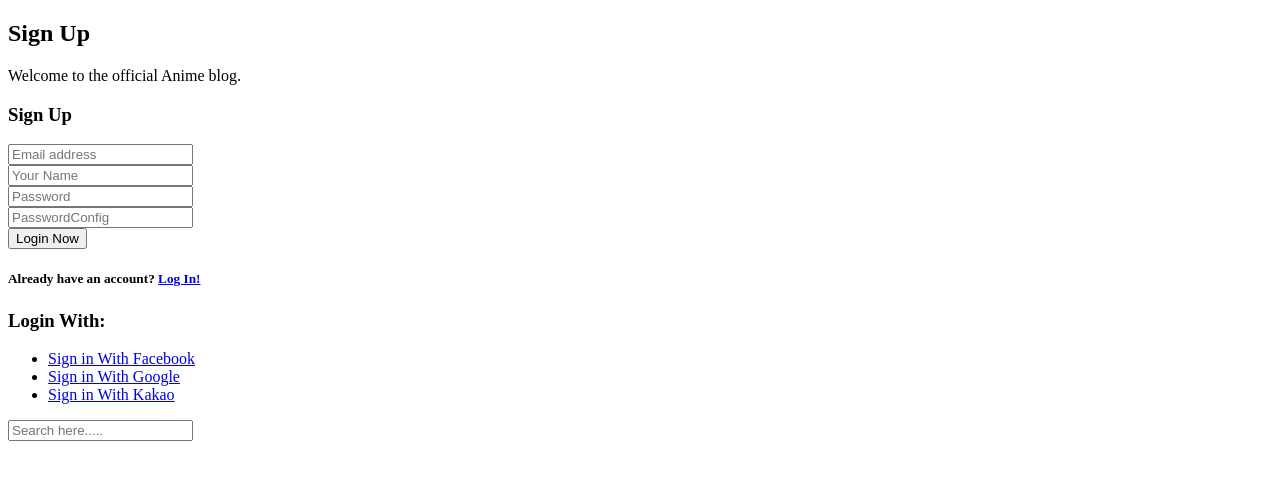
Repository: DavidJeonKr/Movidic
Page: http://localhost/Movidic/WEB-INF/views/user/signup.jsp
An editor plug-in stored every save of this project. The page is shown before and after the next save, followed by the edit.
The browser window is 1280 px wide. The pictures show the whole page.
The page is served by Tomcat 9. Nobody is signed in. Other server files are loaded and not shown. The template is opened directly, without the code that normally fills it, so the values that code supplies are empty.

Above is the page before, as saved 2022-05-11 06:44:20.

### Movidic/src/main/webapp/WEB-INF/views/user/signup.jsp
<%@ page language="java" contentType="text/html; charset=UTF-8"
	pageEncoding="UTF-8"%>
<!DOCTYPE html>
<html lang="zxx">

<head>
<meta charset="UTF-8">
<meta name="description" content="Anime Template">
<meta name="keywords" content="Anime, unica, creative, html">
<meta name="viewport" content="width=device-width, initial-scale=1.0">
<meta http-equiv="X-UA-Compatible" content="ie=edge">
<title>Anime | Template</title>

</head>

<body>
	<!-- Page Preloder -->
	<div id="preloder">
		<div class="loader"></div>
	</div>



	<!-- Normal Breadcrumb Begin -->
	<section class="normal-breadcrumb set-bg"
		data-setbg="img/normal-breadcrumb.jpg">
		<div class="container">
			<div class="row">
				<div class="col-lg-12 text-center">
					<div class="normal__breadcrumb__text">
						<h2>Sign Up</h2>
						<p>Welcome to the official Anime blog.</p>
					</div>
				</div>
			</div>
		</div>
	</section>
	<!-- Normal Breadcrumb End -->

	<!-- Signup Section Begin -->
	<section class="signup spad">
		<div class="container">
			<div class="row">
				<div class="col-lg-6">
					<div class="login__form">
						<h3>Sign Up</h3>
						<form action="register" method="POST">
							<div class="input__item">
								<input type="text" placeholder="Email address" name="email">
								<span class="icon_mail"></span>
							</div>
							<div class="input__item">
								<input type="text" placeholder="Your Name" name="name">
								<span class="icon_profile"></span>
							</div>
							<div class="input__item">
								<input type="password" placeholder="Password" name="pw"> <span
									class="icon_lock"></span>
							</div>
							<div class="input__item">
								<input type="password" placeholder="PasswordConfig" name="pwCofing"> <span
									class="icon_lock"></span>
							</div>
							<button type="submit" class="site-btn">Login Now</button>
						</form>
						<h5>
							Already have an account? <a href="../user/login">Log In!</a>
						</h5>
					</div>
				</div>
				<div class="col-lg-6">
					<div class="login__social__links">
						<h3>Login With:</h3>
						<ul>
							<li><a href="#" class="facebook"><i
									class="fa fa-facebook"></i> Sign in With Facebook</a></li>
							<li><a href="#" class="google"><i class="fa fa-google"></i>
									Sign in With Google</a></li>
							<li><a href="#" class="kakao"><i class="fa fa-twitter"></i>
									Sign in With Kakao</a></li>
						</ul>
					</div>
				</div>
			</div>
		</div>
	</section>
	<!-- Signup Section End -->



	<!-- Search model Begin -->
	<div class="search-model">
		<div class="h-100 d-flex align-items-center justify-content-center">
			<div class="search-close-switch">
				<i class="icon_close"></i>
			</div>
			<form class="search-model-form">
				<input type="text" id="search-input" placeholder="Search here.....">
			</form>
		</div>
	</div>
	<!-- Search model end -->


</body>

</html>

After the next save:
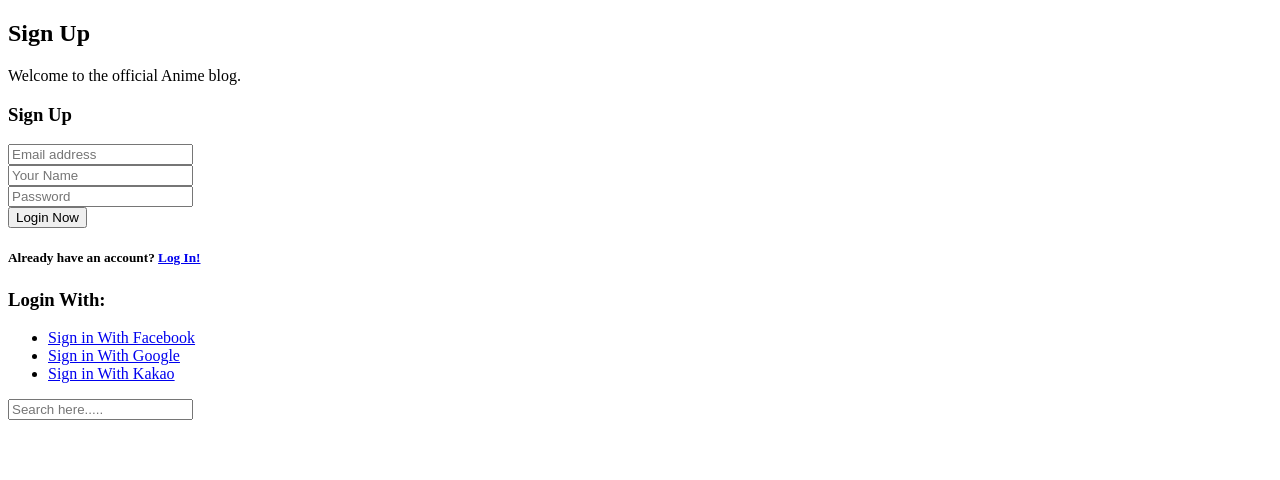
Saved 15 s later.
--- a/Movidic/src/main/webapp/WEB-INF/views/user/signup.jsp
+++ b/Movidic/src/main/webapp/WEB-INF/views/user/signup.jsp
@@ -57,10 +57,6 @@
 								<input type="password" placeholder="Password" name="pw"> <span
 									class="icon_lock"></span>
 							</div>
-							<div class="input__item">
-								<input type="password" placeholder="PasswordConfig" name="pwCofing"> <span
-									class="icon_lock"></span>
-							</div>
 							<button type="submit" class="site-btn">Login Now</button>
 						</form>
 						<h5>
